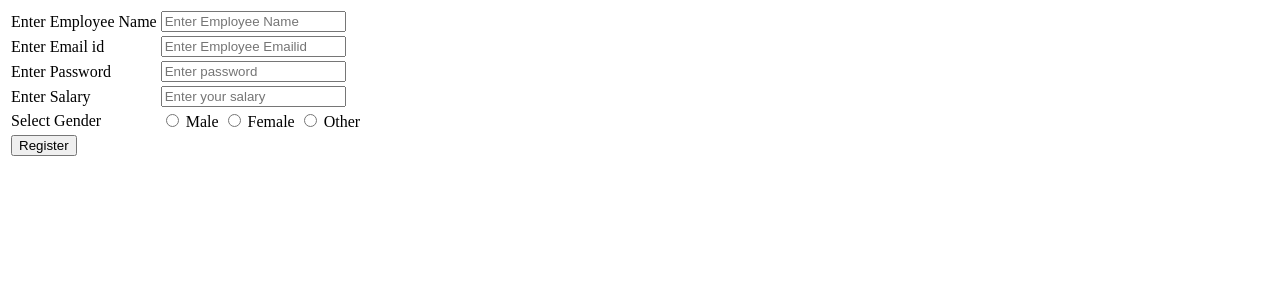
Repository: Praveenbelle08/Advance-JAVA
Page: workspace2/EmpWebApp/WebContent/Register.html
These files come from the project's save history. The page is drawn as it stood at one moment and after the next save; the edit follows.
The browser window is 1280 px wide. The pictures show the whole page.

Above is the page before, as saved 2024-01-05 10:25:36.

### workspace2/EmpWebApp/WebContent/Register.html
<!DOCTYPE html>
<html>
<head>
<meta charset="ISO-8859-1">
<title>Register page</title>
</head>
<body>

<form action="RegisterServlet" method='post'>
    <table>

        <tr>
            <td>Enter Employee Name</td>
            <td><input type="text" name="EmployeeName" placeholder="Enter Employee Name" /></td>
        </tr>

        <tr>
            <td>Enter Email id</td>
            <td><input type="text" name="EmployeeEmailid" placeholder="Enter Employee Emailid" /></td>
        </tr>

        <tr>
            <td>Enter Password</td>
            <td><input type="password" name="Password" placeholder="Enter password" /></td>
        </tr>

        <tr>
            <td>Enter Salary</td>
            <td><input type="number" name="Salary" placeholder="Enter your salary" /></td>
        </tr>

        <tr>
            <td>Select Gender</td>
            <td>
                <label><input type="radio" name="Gender" value="Male"> Male</label>
                <label><input type="radio" name="Gender" value="Female"> Female</label>
                <label><input type="radio" name="Gender" value="Other"> Other</label>
            </td>
        </tr>

        <tr>
            <td><button type="submit">Register</button></td>
        </tr>

    </table>

</form>


</body>
</html>

After the next save:
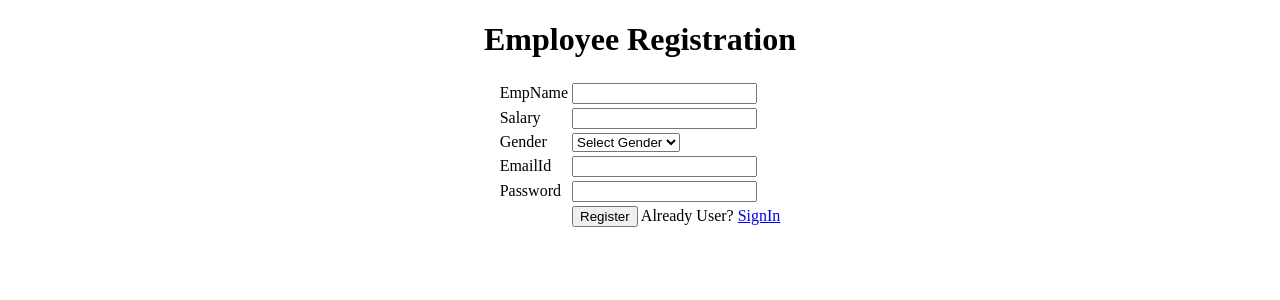
Saved 10 min 20 s later.
--- a/workspace2/EmpWebApp/WebContent/Register.html
+++ b/workspace2/EmpWebApp/WebContent/Register.html
@@ -2,50 +2,48 @@
 <html>
 <head>
 <meta charset="ISO-8859-1">
-<title>Register page</title>
+<title>Employee Registration</title>
 </head>
 <body>
+<h1 align='center'>Employee Registration</h1>
 
-<form action="RegisterServlet" method='post'>
-    <table>
+<form action="Register" method="post">
 
-        <tr>
-            <td>Enter Employee Name</td>
-            <td><input type="text" name="EmployeeName" placeholder="Enter Employee Name" /></td>
-        </tr>
-
-        <tr>
-            <td>Enter Email id</td>
-            <td><input type="text" name="EmployeeEmailid" placeholder="Enter Employee Emailid" /></td>
-        </tr>
-
-        <tr>
-            <td>Enter Password</td>
-            <td><input type="password" name="Password" placeholder="Enter password" /></td>
-        </tr>
-
-        <tr>
-            <td>Enter Salary</td>
-            <td><input type="number" name="Salary" placeholder="Enter your salary" /></td>
-        </tr>
-
-        <tr>
-            <td>Select Gender</td>
-            <td>
-                <label><input type="radio" name="Gender" value="Male"> Male</label>
-                <label><input type="radio" name="Gender" value="Female"> Female</label>
-                <label><input type="radio" name="Gender" value="Other"> Other</label>
-            </td>
-        </tr>
-
-        <tr>
-            <td><button type="submit">Register</button></td>
-        </tr>
-
-    </table>
-
+	<table align="center">
+		<tr>
+			<td>EmpName</td>
+			<td><input type="text" name="empName" /></td>
+		</tr>
+		<tr>
+			<td>Salary</td>
+			<td><input type="text" name="salary" /></td>
+		</tr>
+		<tr>
+			<td>Gender</td>
+			<td>
+				<select name="gender">
+					<option value="" selected>Select Gender</option>
+					<option value="Male">Male</option>
+					<option value="Female">Female</option>
+					<option value="Others">Others</option>
+				</select>
+			</td>
+		</tr>
+		<tr>
+			<td>EmailId</td>
+			<td><input type="text" name="emailId" /></td>
+		</tr>
+		<tr>
+			<td>Password</td>
+			<td><input type="password" name="password" /></td>
+		</tr>
+		<tr>
+			<td></td>
+			<td>
+				<button>Register</button> Already User? <a href="Login.html">SignIn</a>
+			</td>
+		</tr>
+	</table>
 </form>
-
-
 </body>
 </html>
